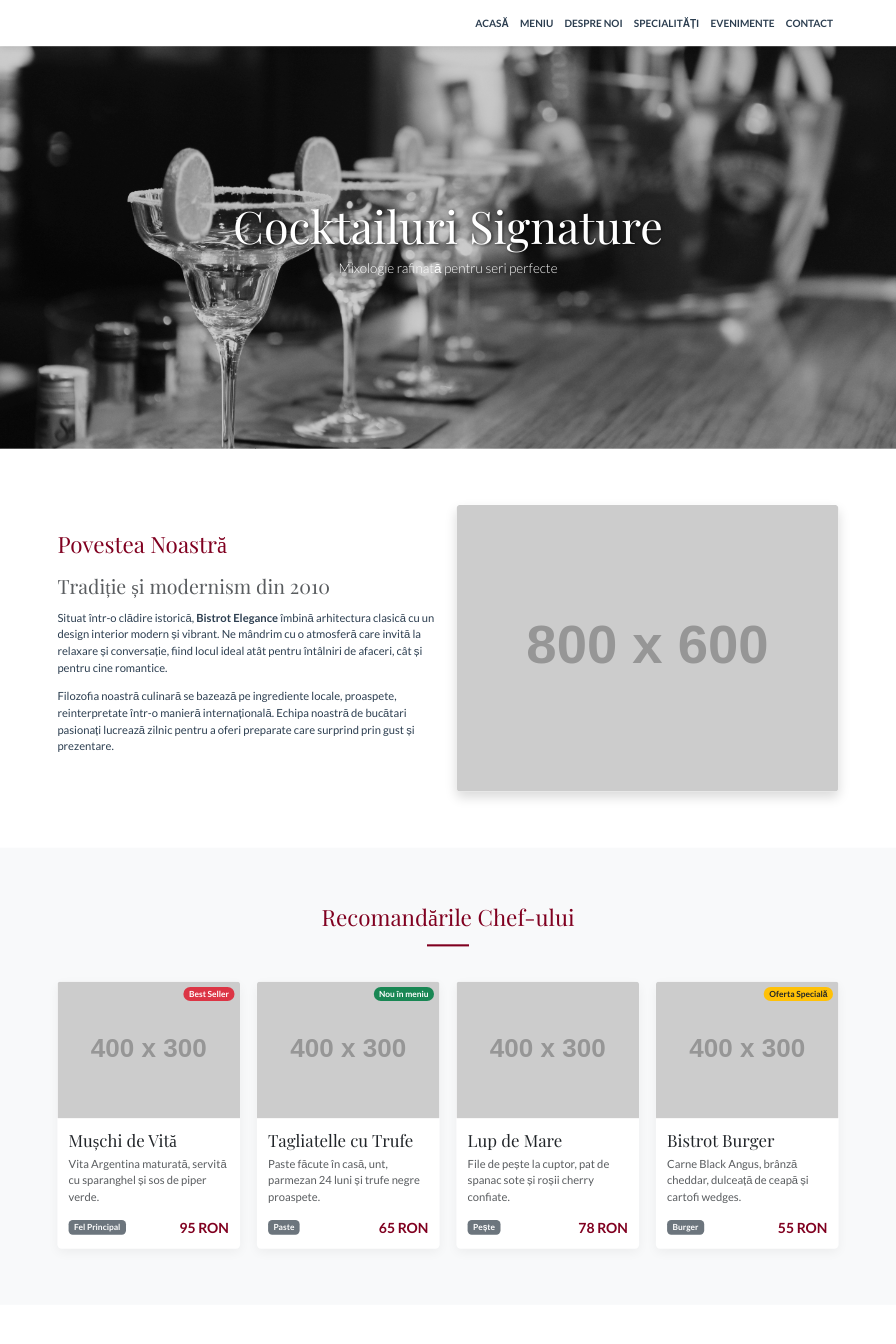
Repository: 912-Comsa-Teodora/bistrot-restaurant
Page: restaurant/index.html
An editor plug-in stored every save of this project. The page is shown before and after the next save, followed by the edit.
The browser window is 1280 px wide. The pictures show the part of the page from y = 0 to 1920 px (the page is 3045 px tall), at 70% of full size.

Above is the page before, as saved 2026-01-04 21:34:25.

### restaurant/index.html
<!DOCTYPE html>
<html lang="ro">
<head>
    <meta charset="UTF-8">
    <meta name="viewport" content="width=device-width, initial-scale=1.0">
    <meta name="description" content="Cel mai bun restaurant și bar din oraș. Atmosferă unică, meniu select.">
    <meta name="author" content="Numele Tau">

    <title>Bistrot Elegance - Restaurant & Bar</title>

    <link href="https://cdn.jsdelivr.net/npm/bootstrap@5.3.0/dist/css/bootstrap.min.css" rel="stylesheet">

    <link rel="stylesheet" href="https://cdnjs.cloudflare.com/ajax/libs/font-awesome/6.4.0/css/all.min.css">

    <link href="https://fonts.googleapis.com/css2?family=Playfair+Display:wght@400;700&family=Lato:wght@300;400;700&display=swap" rel="stylesheet">

    <style>
        :root {
            --primary-color: #800020; /* Visiniu elegant stil Toulouse */
            --gold-color: #d4af37;
            --text-dark: #2c3e50;
        }

        body {
            font-family: 'Lato', sans-serif;
            color: var(--text-dark);
            padding-top: 65px; /* Pentru a nu ascunde continutul sub meniul fix */
        }

        h1, h2, h3, h4, h5 {
            font-family: 'Playfair Display', serif;
            color: var(--primary-color);
        }

        /* Navigatie */
        .navbar {
            background-color: #fff;
            box-shadow: 0 2px 10px rgba(0,0,0,0.1);
        }

        .navbar-brand img {
            max-height: 40px;
        }

        .nav-link {
            color: var(--text-dark);
            font-weight: 700;
            text-transform: uppercase;
            font-size: 0.9rem;
        }

        .nav-link:hover {
            color: var(--primary-color);
        }

        /* Carousel Custom */
        #heroCarousel .carousel-item img {
            height: 80vh; /* Inaltimea caruselului */
            object-fit: cover;
            filter: brightness(0.8); /* Intunecam putin imaginile pentru contrast text */
        }

        .carousel-caption {
            top: 50%; /* Pozitionam partea de sus a textului la mijlocul ecranului */
            transform: translateY(-50%); /* Ridicam textul cu jumatate din inaltimea sa pentru centrare perfecta */
            bottom: auto; /* Resetam pozitia implicita a Bootstrap-ului de jos */
            /* Optional: ajustam latimea pentru a nu fi prea lat pe ecrane mari */
            width: 70%;
            left: 15%;
        }

        /* --- NEW --- Spatiere egala intre linii */
        .carousel-caption p {
            /* Resetam marginile implicite si setam o distanta uniforma */
            margin-top: 0;
            margin-bottom: 1.5rem;
            font-size: 1.2rem; /* Am marit putin textul paragrafelor pentru lizibilitate */
            font-weight: 300;
        }

        .carousel-caption h2 {
            font-size: 4rem;
            color: #fff;
            text-shadow: 2px 2px 4px rgba(0,0,0,0.6);
        }

        /* Sectiuni Generale */
        section {
            padding: 80px 0;
        }

        .bg-light-custom {
            background-color: #f8f9fa;
        }

        .section-title {
            text-align: center;
            margin-bottom: 50px;
            position: relative;
        }

        .section-title::after {
            content: '';
            display: block;
            width: 60px;
            height: 3px;
            background-color: var(--primary-color);
            margin: 20px auto;
        }

        /* Carduri Meniu */
        .card {
            border: none;
            transition: transform 0.3s;
            box-shadow: 0 5px 15px rgba(0,0,0,0.05);
        }

        .card:hover {
            transform: translateY(-5px);
        }

        .price-tag {
            font-size: 1.25rem;
            font-weight: bold;
            color: var(--primary-color);
        }

        /* Footer */
        footer {
            background-color: #1a1a1a;
            color: #fff;
            padding: 60px 0 20px;
        }

        footer h4 {
            color: var(--gold-color);
            margin-bottom: 20px;
        }

        .social-icons a {
            color: #fff;
            font-size: 1.5rem;
            margin-right: 15px;
            transition: color 0.3s;
        }

        .social-icons a:hover {
            color: var(--gold-color);
        }
    </style>
</head>
<body>

    <header id="home">
        <nav class="navbar navbar-expand-lg navbar-light fixed-top">
            <div class="container">
                <a class="navbar-brand" href="index.html">
                    <img src="./pictures/Bistrot-Elegance-Logo.png" alt="Logo Bistrot Elegance">
                </a>

                <button class="navbar-toggler" type="button" data-bs-toggle="collapse" data-bs-target="#navbarContent" aria-controls="navbarContent" aria-expanded="false" aria-label="Toggle navigation">
                    <span class="navbar-toggler-icon"></span>
                </button>

                <div class="collapse navbar-collapse" id="navbarContent">
                    <ul class="navbar-nav ms-auto mb-2 mb-lg-0">
                        <li class="nav-item">
                            <a class="nav-link" href="#home">Acasă</a>
                        </li>
                        <li class="nav-item">
                            <a class="nav-link" href="#meniu">Meniu</a>
                        </li>
                        <li class="nav-item">
                            <a class="nav-link" href="#despre">Despre Noi</a>
                        </li>
                        <li class="nav-item">
                            <a class="nav-link" href="#specialitati">Specialități</a>
                        </li>
                        <li class="nav-item">
                            <a class="nav-link" href="#evenimente">Evenimente</a>
                        </li>
                        <li class="nav-item">
                            <a class="nav-link" href="#contact">Contact</a>
                        </li>
                    </ul>
                </div>
            </div>
        </nav>
    </header>

        <div id="heroCarousel" class="carousel slide" data-bs-ride="carousel">
            <div class="carousel-inner">
                <div class="carousel-item active" data-bs-interval="4000">
                    <img src="pictures/restaurant-imagine-principala.jpg" class="d-block w-100" alt="Interior restaurant seara cu lumini ambientale">
                    <div class="carousel-caption d-none d-md-block">
                        <p>Bine ați venit la</p>
                        <h2>Bistrot Elegance</h2>
                        <p>O experiență culinară de neuitat în inima orașului</p>
                    </div>
                </div>

                <div class="carousel-item" data-bs-interval="4000">
                    <img src="pictures/cover-bauturi.jpg" class="d-block w-100" alt="Barman preparând cocktailuri signature">
                    <div class="carousel-caption d-none d-md-block">
                        <h2>Cocktailuri Signature</h2>
                        <p>Mixologie rafinată pentru seri perfecte</p>
                    </div>
                </div>

                <div class="carousel-item" data-bs-interval="4000">
                    <img src="pictures/cover-mancare.jpg" class="d-block w-100" alt="Barman preparând cocktailuri signature">
                    <div class="carousel-caption d-none d-md-block">
                        <h2>Gusturi Autentice</h2>
                        <p>Preparate create cu pasiune din ingrediente locale</p>
                    </div>
                </div>

                <div class="carousel-item" data-bs-interval="4000">
                    <img src="pictures/cover-desert.jpg" class="d-block w-100" alt="Deserturi facute in casa">
                    <div class="carousel-caption d-none d-md-block">
                        <h2>Deserturi Artizanale</h2>
                        <p>Finalul dulce perfect pentru orice masă</p>
                    </div>
                </div>
            </div>
        </div>

    <section id="despre">
        <div class="container">
            <div class="row align-items-center">
                <div class="col-lg-6 mb-4 mb-lg-0">
                    <h2 class="mb-4">Povestea Noastră</h2>
                    <h3 class="text-muted mb-3">Tradiție și modernism din 2010</h3>
                    <p>
                        Situat într-o clădire istorică, <strong>Bistrot Elegance</strong> îmbină arhitectura clasică cu un design interior modern și vibrant. Ne mândrim cu o atmosferă care invită la relaxare și conversație, fiind locul ideal atât pentru întâlniri de afaceri, cât și pentru cine romantice.
                    </p>
                    <p>
                        Filozofia noastră culinară se bazează pe ingrediente locale, proaspete, reinterpretate într-o manieră internațională. Echipa noastră de bucătari pasionați lucrează zilnic pentru a oferi preparate care surprind prin gust și prezentare.
                    </p>
                </div>
                <div class="col-lg-6">
                    <img src="https://placehold.co/800x600/eee/333?text=Interior+Local" class="img-fluid rounded shadow" alt="Fotografie cu interiorul restaurantului la ora pranzului">
                </div>
            </div>
        </div>
    </section>

    <section id="specialitati" class="bg-light-custom">
        <div class="container">
            <h2 class="section-title">Recomandările Chef-ului</h2>
            <div class="row g-4">

                <div class="col-md-6 col-lg-3">
                    <div class="card h-100">
                        <span class="position-absolute top-0 end-0 badge rounded-pill bg-danger m-2">
                            Best Seller
                        </span>
                        <img src="https://placehold.co/400x300/800020/fff?text=Vita+Argentina" class="card-img-top" alt="Friptura de vita pe gratar">
                        <div class="card-body d-flex flex-column">
                            <h4 class="card-title">Mușchi de Vită</h4>
                            <p class="card-text text-muted">Vita Argentina maturată, servită cu sparanghel și sos de piper verde.</p>
                            <div class="mt-auto d-flex justify-content-between align-items-center">
                                <span class="badge bg-secondary">Fel Principal</span>
                                <span class="price-tag">95 RON</span>
                            </div>
                        </div>
                    </div>
                </div>

                <div class="col-md-6 col-lg-3">
                    <div class="card h-100">
                         <span class="position-absolute top-0 end-0 badge rounded-pill bg-success m-2">
                            Nou în meniu
                        </span>
                        <img src="https://placehold.co/400x300/d4af37/fff?text=Paste+Trufe" class="card-img-top" alt="Paste proaspete cu trufe negre">
                        <div class="card-body d-flex flex-column">
                            <h4 class="card-title">Tagliatelle cu Trufe</h4>
                            <p class="card-text text-muted">Paste făcute în casă, unt, parmezan 24 luni și trufe negre proaspete.</p>
                            <div class="mt-auto d-flex justify-content-between align-items-center">
                                <span class="badge bg-secondary">Paste</span>
                                <span class="price-tag">65 RON</span>
                            </div>
                        </div>
                    </div>
                </div>

                <div class="col-md-6 col-lg-3">
                    <div class="card h-100">
                        <img src="https://placehold.co/400x300/2c3e50/fff?text=Lup+de+Mare" class="card-img-top" alt="File de peste cu legume">
                        <div class="card-body d-flex flex-column">
                            <h4 class="card-title">Lup de Mare</h4>
                            <p class="card-text text-muted">File de pește la cuptor, pat de spanac sote și roșii cherry confiate.</p>
                            <div class="mt-auto d-flex justify-content-between align-items-center">
                                <span class="badge bg-secondary">Pește</span>
                                <span class="price-tag">78 RON</span>
                            </div>
                        </div>
                    </div>
                </div>

                <div class="col-md-6 col-lg-3">
                    <div class="card h-100">
                        <span class="position-absolute top-0 end-0 badge rounded-pill bg-warning text-dark m-2">
                            Oferta Specială
                        </span>
                        <img src="https://placehold.co/400x300/555/fff?text=Burger+Gourmet" class="card-img-top" alt="Burger mare cu cartofi prajiti">
                        <div class="card-body d-flex flex-column">
                            <h4 class="card-title">Bistrot Burger</h4>
                            <p class="card-text text-muted">Carne Black Angus, brânză cheddar, dulceață de ceapă și cartofi wedges.</p>
                            <div class="mt-auto d-flex justify-content-between align-items-center">
                                <span class="badge bg-secondary">Burger</span>
                                <span class="price-tag">55 RON</span>
                            </div>
                        </div>
                    </div>
                </div>

            </div>
        </div>
    </section>

    <section id="evenimente">
        <div class="container">
            <h2 class="section-title">Evenimente & Atmosferă</h2>
            <div class="row">
                <div class="col-lg-4 mb-4">
                    <h3>Muzică Live & Seri Tematice</h3>
                    <p>În fiecare seară de vineri și sâmbătă, atmosfera este întreținută de artiști locali de jazz și pian.</p>
                    <p>Organizam degustări de vinuri în fiecare ultimă joi din lună. Vă așteptăm să descoperiți soiuri premiate alături de somelierul nostru.</p>
                    <div class="alert alert-info mt-3" role="alert">
                        <strong>Rezervare necesară!</strong> Locurile sunt limitate pentru serile de muzică live.
                    </div>
                </div>

                <div class="col-lg-4 col-md-6 mb-4">
                    <img src="https://placehold.co/400x300/333/fff?text=Concert+Jazz" class="img-fluid rounded mb-4 w-100" alt="Formatie de jazz cantand live">
                    <img src="https://placehold.co/400x300/555/fff?text=Degustare+Vin" class="img-fluid rounded w-100" alt="Pahare de vin pe masa">
                </div>

                <div class="col-lg-4 col-md-6">
                    <img src="https://placehold.co/400x650/800020/fff?text=Petrecere+Privata" class="img-fluid rounded h-100 w-100" style="object-fit: cover;" alt="Grup de oameni la o masa festiva">
                </div>
            </div>
        </div>
    </section>

    <footer id="contact">
        <div class="container">
            <div class="row">
                <div class="col-md-4 mb-4">
                    <h4>Contact</h4>
                    <p><i class="fas fa-map-marker-alt me-2"></i> Strada Principală Nr. 10, Cluj-Napoca</p>
                    <p><i class="fas fa-phone me-2"></i> +40 722 123 456</p>
                    <p><i class="fas fa-envelope me-2"></i> contact@bistrotelegance.ro</p>
                </div>

                <div class="col-md-4 mb-4">
                    <h4>Program</h4>
                    <p>Luni - Joi: 10:00 - 23:00</p>
                    <p>Vineri - Sâmbătă: 10:00 - 02:00</p>
                    <p>Duminică: 12:00 - 23:00</p>
                </div>

                <div class="col-md-4 mb-4 text-md-end text-start">
                    <h4>Urmărește-ne</h4>
                    <div class="social-icons">
                        <a href="#" aria-label="Facebook"><i class="fab fa-facebook-f"></i></a>
                        <a href="#" aria-label="Instagram"><i class="fab fa-instagram"></i></a>
                        <a href="#" aria-label="TripAdvisor"><i class="fab fa-tripadvisor"></i></a>
                    </div>
                </div>
            </div>

            <hr class="bg-light">

            <div class="row">
                <div class="col-12 text-center">
                    <p class="small mb-0">&copy; 2023 Bistrot Elegance. Toate drepturile rezervate.</p>
                </div>
            </div>
        </div>
    </footer>

    <script src="https://cdn.jsdelivr.net/npm/bootstrap@5.3.0/dist/js/bootstrap.bundle.min.js"></script>
</body>
</html>

After the next save:
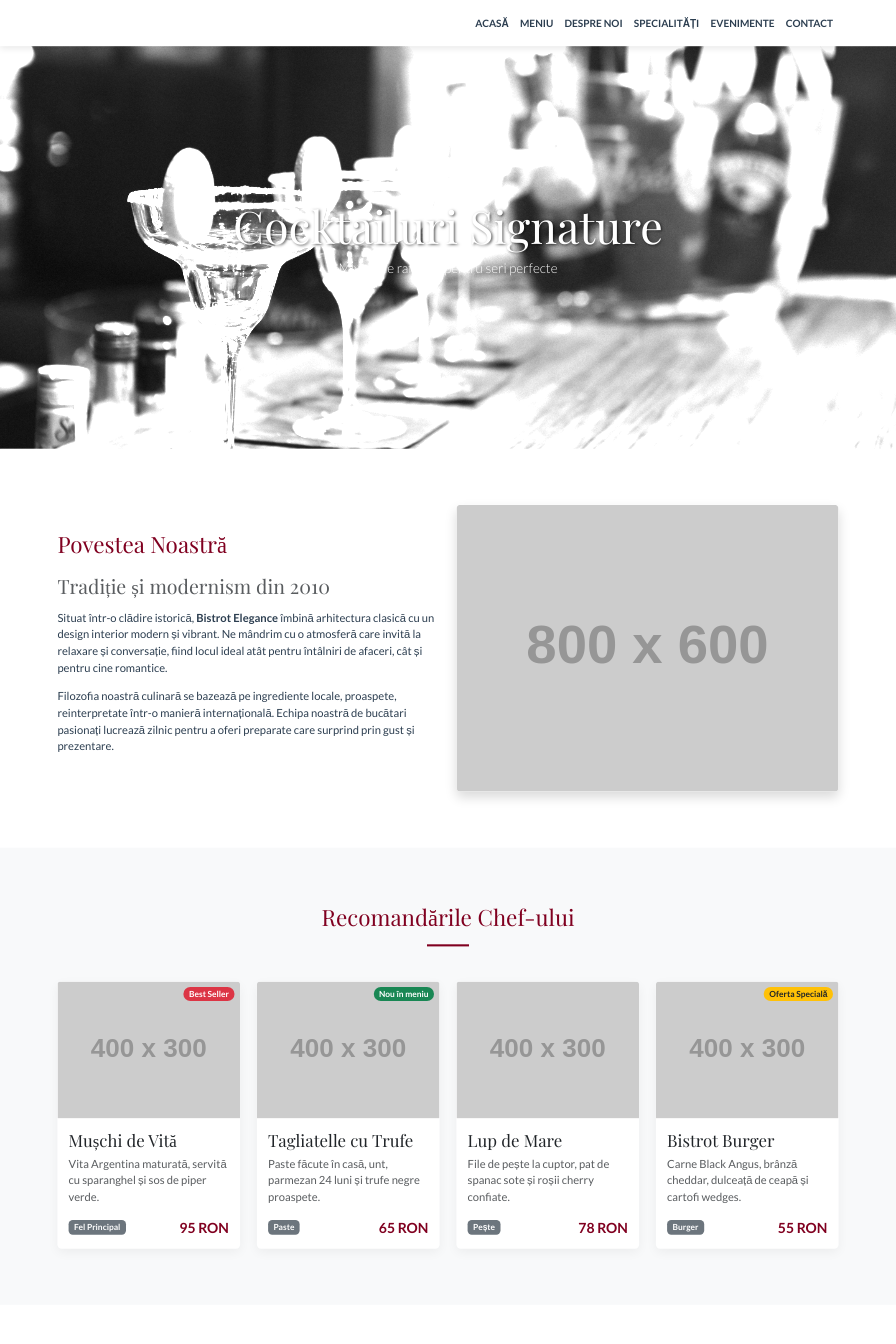
Saved 6 s later.
--- a/restaurant/index.html
+++ b/restaurant/index.html
@@ -57,7 +57,7 @@
         #heroCarousel .carousel-item img {
             height: 80vh; /* Inaltimea caruselului */
             object-fit: cover;
-            filter: brightness(0.8); /* Intunecam putin imaginile pentru contrast text */
+            filter: brightness(2); /* Intunecam putin imaginile pentru contrast text */
         }
 
         .carousel-caption {
